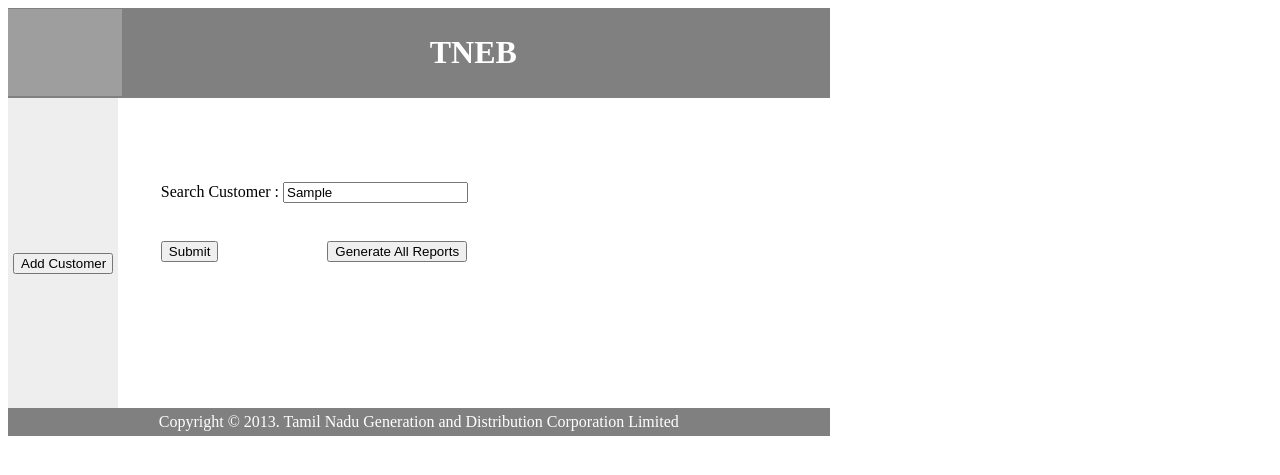
Repository: vjbrocode/Hackathon
Page: http://localhost/TNEB_billing/BillReport.jsp
An editor plug-in stored every save of this project. The page is shown before and after the next save, followed by the edit.
The browser window is 1280 px wide. The pictures show the whole page.
Empty fields were first filled with sample values (such as "Sample", 5 or name@example.com).
After loading, the first visible `input` was clicked once.
Pictures or frames that could not be fetched are drawn as grey boxes. Some web libraries are served in a nearby version. The page is served by Tomcat 9.

Above is the page before, as saved 2015-07-03 01:02:43.
Console error: ReferenceError: none is not defined

After the next save:
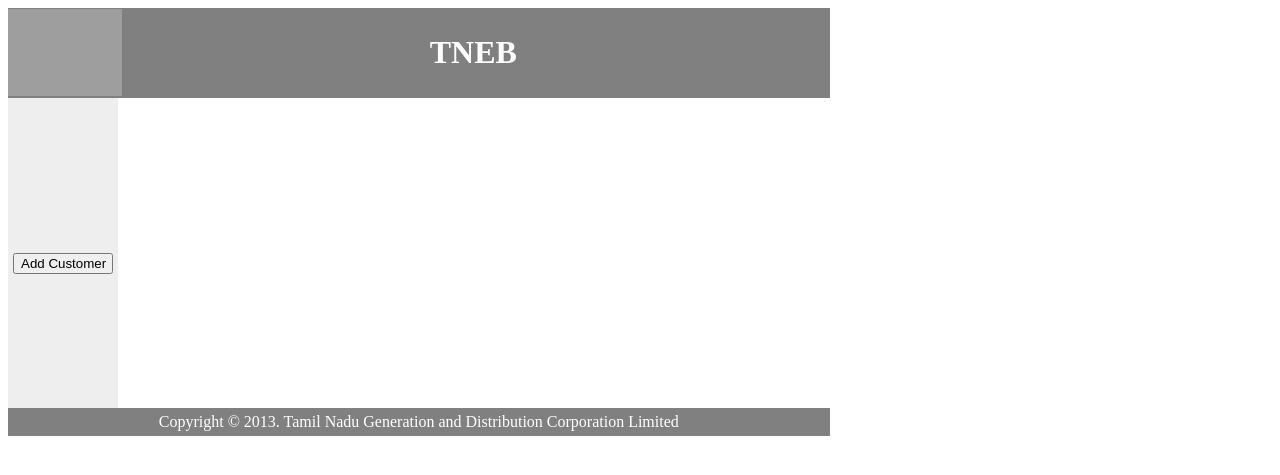
The error is gone.
Saved 99 s later.
--- a/workspace-Pradeep/TNEB billing/WebContent/BillReport.jsp
+++ b/workspace-Pradeep/TNEB billing/WebContent/BillReport.jsp
@@ -42,7 +42,7 @@
    <script src="https://ajax.googleapis.com/ajax/libs/jquery/1.11.3/jquery.min.js"></script>
    <script>
    function myfunction(){
-     $('#section').css("display",none);
+     $('#section').html('');
    }
    </script>
    <body>
